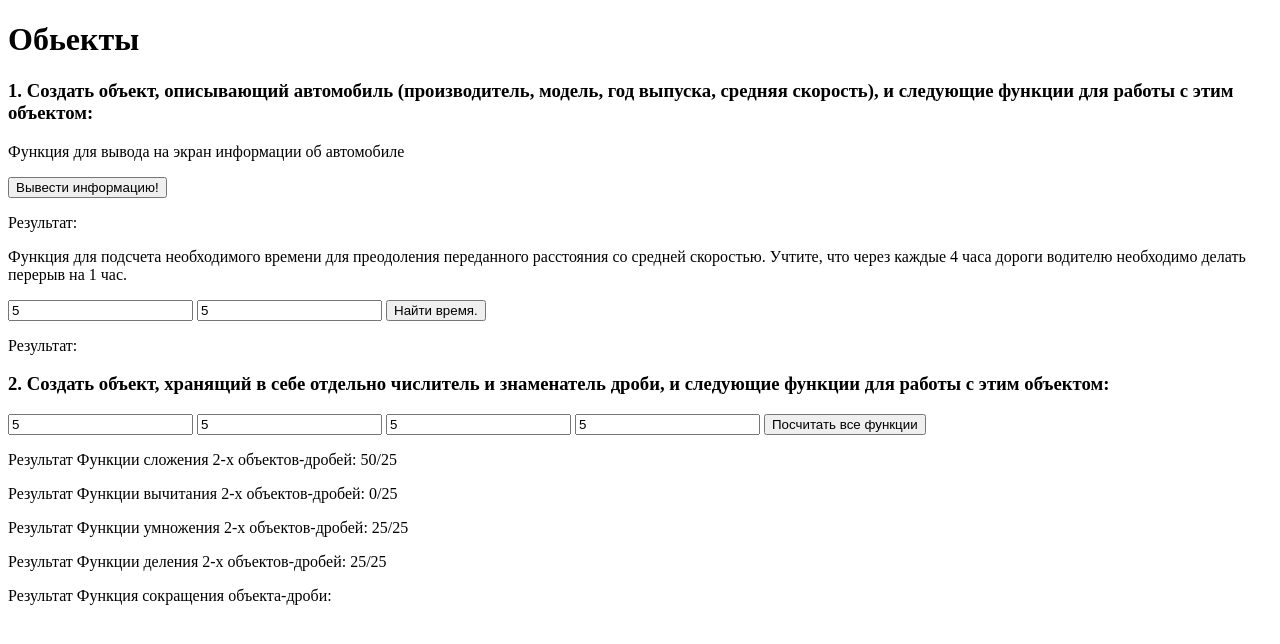
Repository: NastyaGavrilova/Beetroot-js
Page: HW4/index.html
An editor plug-in stored every save of this project. The page is shown before and after the next save, followed by the edit.
The browser window is 1280 px wide. The pictures show the whole page.
Empty fields were first filled with sample values (such as "Sample", 5 or name@example.com).
After loading, the first visible `#js-task2-btn` was clicked once.

Above is the page before, as saved 2021-10-19 14:38:34.
Console error: TypeError: Cannot read properties of undefined (reading 'upNumber')

After the next save:
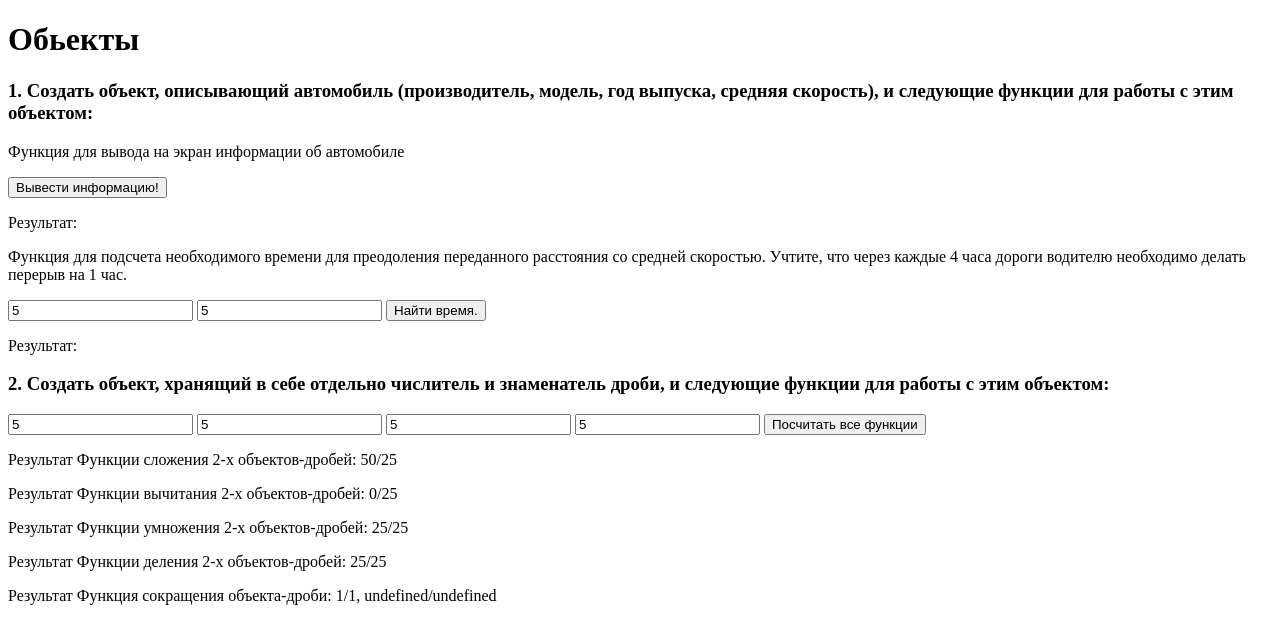
The error is gone.
Saved 32 s later.
--- a/HW4/index.js
+++ b/HW4/index.js
@@ -103,6 +103,6 @@ btn2.addEventListener("click", (et) => {
   fracSubtraction(firstFraction, secondFraction);
   fracMiltiplicatin(firstFraction, secondFraction);
   fracDevision(firstFraction, secondFraction);
-  fracReduction(firstFraction);
+  fracReduction(firstFraction, secondFraction);
   // let reduction = document.getElementById("js-task2-span4");
 });
